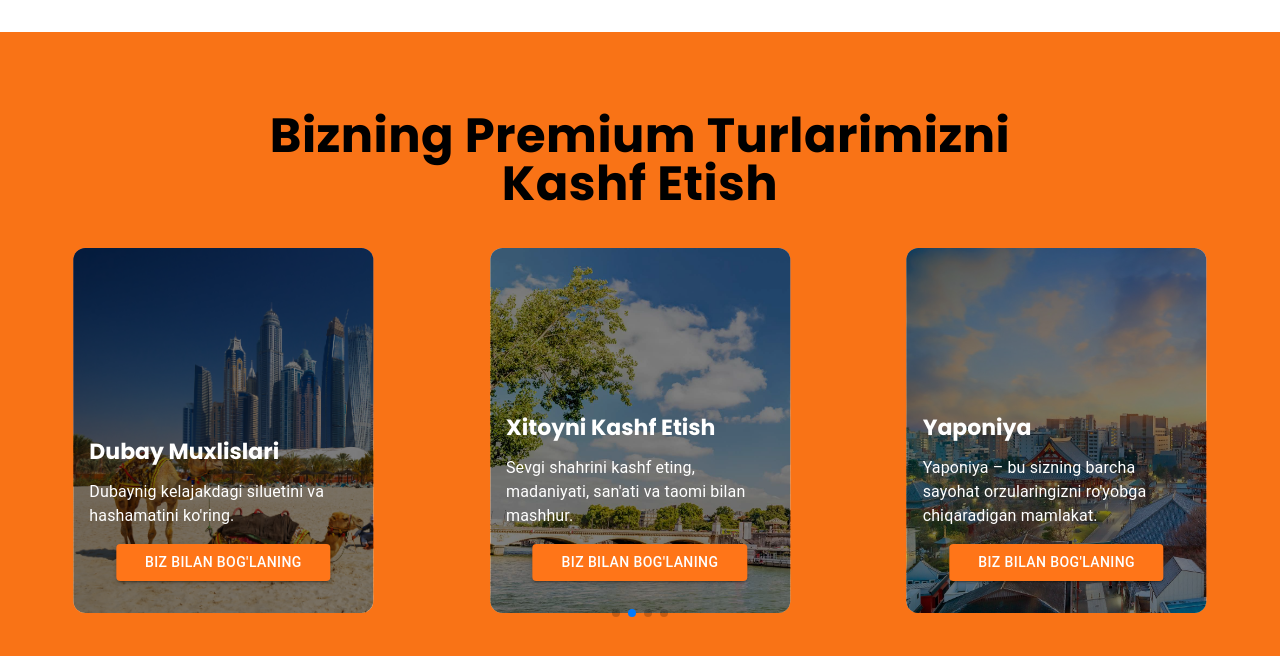
Repository: OgabekErkinov/i-am-tourist
Page: /
An editor plug-in stored every save of this project. The page is shown before and after the next save, followed by the edit.
The browser window is 1280 px wide. The pictures show the whole page.
The project was rebuilt for these pictures with package versions that can differ from the ones it lists, and the page was loaded fresh each time. Also part of the build but not shown: vite.config.js, src/components/navbar/LightDarkButton.jsx, src/I18/i18.js, src/components/navbar/languages/LanguageButton.jsx, src/components/navbar/NavbarItem.jsx, src/components/navbar/SocialNetworks.jsx, src/components/navbar/Logo.jsx, src/components/navbar/SectionsLinks.jsx and 7 more.

Above is the page before, as saved 2024-12-24 15:48:29.

### index.html
<!doctype html>
<html lang="en">
  <head>
    <meta charset="UTF-8" />
    <link rel="icon" type="image/svg+xml" href="https://www.ifly.com.uz/assets/logo-BPA5zOgc.png" />
    <meta name="viewport" content="width=device-width, initial-scale=1.0" />
    <link rel="preconnect" href="https://fonts.googleapis.com">
    <link rel="preconnect" href="https://fonts.gstatic.com" crossorigin>
    <link href="https://fonts.googleapis.com/css2?family=Poppins:ital,wght@0,100;0,200;0,300;0,400;0,500;0,600;0,700;0,800;0,900;1,100;1,200;1,300;1,400;1,500;1,600;1,700;1,800;1,900&display=swap" rel="stylesheet">
    <title>iFLY.com</title>
  </head>
  <body>
    <div id="root"></div>
    <script type="module" src="/src/main.jsx"></script>
  </body>
</html>

### src/index.css
/* Universal Reset */
* {
  margin: 0;
  padding: 0;
  box-sizing: border-box;
}


/* Root Container */
#root {
  max-width: 1900px;
  margin: 0 auto;
  display: flex;
  flex-direction: column;
  align-items: center;
  justify-content: center;
  font-family: 'Poppins';
  box-sizing: border-box;
}

### src/App.jsx
import { Stack } from "@mui/material"
import Header from "./components/header/Header"
import Main from "./components/main/Main"

function App() {


  return (
    <Stack width='100%'
           height='auto'
           alignItems='center'
           gap='1rem'>
        <Header/>
        <Main/>
    </Stack>



  )
}

export default App

### src/components/header/Header.jsx
import { Box, Stack } from '@mui/material';
import Navbar from '../navbar/Navbar';
import Slider from './Slider';
import React from 'react';
import Cards from '../cards/Cards';

const Header = () => {
  return (
    <Stack height="auto"
           width='100%'
           gap="2rem"
           marginBottom='1rem'
           boxSizing="border-box">
             <Stack width="100%"
                    height="auto"
                    alignItems='center'>
                         {/* <Box width="100%"
                              height="10vh"
                              bgcolor="transparent">
                        </Box> */}
                        {/* <Navbar /> */}
                        {/* <Slider /> */}
               </Stack>
               {/* <Cards /> */}
    </Stack>
  );
}

export default Header;

### src/components/main/Main.jsx
import { Stack } from '@mui/material'
import React from 'react'
import PremiumTours from '../premium/PremiumTours'
import TourPlaces from '../tourPlaces/TourPlaces'
import About from '../about/About'

const Main = () => {
  return (
    <Stack width={'100%'}
           height={'auto'}
           alignItems={'center'}
           gap='1rem'>
        <PremiumTours/>
        {/* <TourPlaces/> */}
        {/* <About/> */}

    </Stack>
  )
}

export default Main

### src/components/premium/PremiumTours.jsx
import React from 'react';
import { Stack, Typography, Box } from '@mui/material';
import 'swiper/css';
import 'swiper/css/effect-fade';
import 'swiper/css/pagination';
import 'swiper/css/autoplay';
import { Swiper, SwiperSlide } from 'swiper/react';
import { Navigation, Pagination, Scrollbar, Autoplay } from 'swiper/modules';
import { premiumToursServices } from '../../Database/db';
import PremiumItem from './PremiumItem';

const PremiumTours = () => {

  return (
    <Stack height={'auto'}
           width={'100%'}
           padding={'5rem 2rem'}
           bgcolor={'#F97316'}
           boxSizing={'border-box'} >
          <Stack height={'100%'}
                 width={'100%'}
                 justifyContent={'space-between'}
                 alignItems={'center'}
                 gap={'2rem'}>
              {/* Title */}
                <Typography fontFamily={'Poppins'}
                            width={'70%'}
                            fontSize={'48px'}
                            lineHeight={'48px'}
                            fontWeight={'bold'}
                            textAlign={'center'}
                            height={'auto'}
                            sx={{
                              '@media (max-width: 900px)': {
                               fontSize: '36px',
                               lineHeight: '40px',
                                },
                              '@media (max-width: 600px)': {
                                fontSize: '24px',
                                lineHeight: '28px',
                                },
                               }}>
                               Bizning Premium Turlarimizni Kashf Etish
                 </Typography>
            {/* Slider */}
                 <Box display={'flex'}
                      alignItems={'center'}
                      justifyContent={'center'}
                      height={'25rem'}
                      width={'100%'}
                      padding={'0.5rem'}>
                      <Swiper
                          modules={[Navigation, Pagination, Scrollbar, Autoplay]}
                          autoplay={{ delay: 2500, disableOnInteraction: false }}
                          navigation
                          pagination={{ clickable: false }}
                          scrollbar={{ draggable: true }}
                          loop={true}
                          style={{
                               width: '100%',
                               height: '100%',
                               display : 'flex',
                               justifyContent : 'center' }}
                          breakpoints={{
                               524: {
                                  slidesPerView: 1,
                                  spaceBetween: 10 },
                               765: {
                                  slidesPerView: 2,
                                  spaceBetween: 20 },
                              1200: {
                                  slidesPerView: 3,
                                  spaceBetween: 50 } }}>
                          {
                           premiumToursServices?.map((tour, idx) => {
                                  return (
                                         <SwiperSlide key={idx}>
                                                 <PremiumItem tour={tour} />
                                           </SwiperSlide>
                                          );  })
                           }
                       </Swiper>
                  </Box>
            </Stack>
    </Stack>
  );
};

export default PremiumTours;

### src/Database/db.js
export const social_medias = [
    {
        id : 1,
        name : 'facebook',
        link : 'https://www.facebook.com',
        pathD : 'M279.14 288l14.22-92.66h-88.91v-60.13c0-25.35 12.42-50.06 52.24-50.06h40.42V6.26S260.43 0 225.36 0c-73.22 0-121.08 44.38-121.08 124.72v70.62H22.89V288h81.39v224h100.17V288z'
    },
    {
        id : 2,
        name : 'twitter',
        url : 'https://www.twitter.com',
        pathD : 'M419.37 151.716c.325 4.548.325 9.097.325 13.645 0 138.72-105.583 298.558-298.558 298.558-59.452 0-114.68-17.219-161.137-47.106 8.447.974 16.568 1.299 25.34 1.299 49.055 0 94.213-16.568 130.274-44.832-46.132-.975-84.792-31.188-98.112-72.772 6.498.974 12.995 1.624 19.818 1.624 9.421 0 18.843-1.3 27.614-3.573-48.081-9.747-84.143-51.98-84.143-102.985v-1.299c13.969 7.797 30.214 12.67 47.431 13.319-28.264-18.843-46.781-51.005-46.781-87.391 0-19.492 5.197-37.36 14.294-52.954 51.655 63.675 129.3 105.258 216.365 109.807-1.624-7.797-2.599-15.918-2.599-24.04 0-57.828 46.782-104.934 104.934-104.934 30.213 0 57.502 12.67 76.67 33.137 23.715-4.548 46.456-13.32 66.599-25.34-7.798 24.366-24.366 44.833-46.132 57.827 21.117-2.273 41.584-8.122 60.426-16.243-14.292 20.791-32.161 39.308-52.628 54.253z'
    },
    {
        id : 3,
        name : 'instagram',
        url : 'https://www.instagram.com/ifly.com.uz',
        pathD : 'M224.1 141c-63.6 0-114.9 51.3-114.9 114.9s51.3 114.9 114.9 114.9S339 319.5 339 255.9 287.7 141 224.1 141zm0 189.6c-41.1 0-74.7-33.5-74.7-74.7s33.5-74.7 74.7-74.7 74.7 33.5 74.7 74.7-33.6 74.7-74.7 74.7zm146.4-194.3c0 14.9-12 26.8-26.8 26.8-14.9 0-26.8-12-26.8-26.8s12-26.8 26.8-26.8 26.8 12 26.8 26.8zm76.1 27.2c-1.7-35.9-9.9-67.7-36.2-93.9-26.2-26.2-58-34.4-93.9-36.2-37-2.1-147.9-2.1-184.9 0-35.8 1.7-67.6 9.9-93.9 36.1s-34.4 58-36.2 93.9c-2.1 37-2.1 147.9 0 184.9 1.7 35.9 9.9 67.7 36.2 93.9s58 34.4 93.9 36.2c37 2.1 147.9 2.1 184.9 0 35.9-1.7 67.7-9.9 93.9-36.2 26.2-26.2 34.4-58 36.2-93.9 2.1-37 2.1-147.8 0-184.8zM398.8 388c-7.8 19.6-22.9 34.7-42.6 42.6-29.5 11.7-99.5 9-132.1 9s-102.7 2.6-132.1-9c-19.6-7.8-34.7-22.9-42.6-42.6-11.7-29.5-9-99.5-9-132.1s-2.6-102.7 9-132.1c7.8-19.6 22.9-34.7 42.6-42.6 29.5-11.7 99.5-9 132.1-9s102.7-2.6 132.1 9c19.6 7.8 34.7 22.9 42.6 42.6 11.7 29.5 9 99.5 9 132.1s2.7 102.7-9 132.1z'
    },
    {
        id : 4,
        name : 'linkedIn',
        url : 'https://www.linkedin.com',
        pathD : 'M100.28 448H7.4V148.9h92.88zM53.79 108.1C24.09 108.1 0 83.5 0 53.8a53.79 53.79 0 0 1 107.58 0c0 29.7-24.1 54.3-53.79 54.3zM447.9 448h-92.68V302.4c0-34.7-.7-79.2-48.29-79.2-48.29 0-55.69 37.7-55.69 76.7V448h-92.78V148.9h89.08v40.8h1.3c12.4-23.5 42.69-48.3 87.88-48.3 94 0 111.28 61.9 111.28 142.3V448z'
    },
    {
        id : 5,
        name : 'youtube',
        url : 'https://www.youtube.com',
        pathD : 'M549.655 124.083c-6.281-23.65-24.787-42.276-48.284-48.597C458.781 64 288 64 288 64S117.22 64 74.629 75.486c-23.497 6.322-42.003 24.947-48.284 48.597-11.412 42.867-11.412 132.305-11.412 132.305s0 89.438 11.412 132.305c6.281 23.65 24.787 41.5 48.284 47.821C117.22 448 288 448 288 448s170.78 0 213.371-11.486c23.497-6.321 42.003-24.171 48.284-47.821 11.412-42.867 11.412-132.305 11.412-132.305s0-89.438-11.412-132.305zm-317.51 213.508V175.185l142.739 81.205-142.739 81.201z'
    }
]

export const navLinks = [
    {
        id : 6,
        name : 'Excursions',
        link : '#excursions'
    },
    {
        id : 7,
        name : 'City',
        link : '#city'
    },
    {
        id : 8,
        name : 'About',
        link : '#about'
    },
    {
        id : 9,
        name : 'Contact',
        link : '#contact'
    }
]

export const SliderItems = [
    {
        url : '/malakali.jpg',
        heading : 'Malakali shahar',
        paragraph : "Dunyoning ko'ngilochar poytaxtiga sho'ng'ing."
    },
    {
        url : '/turkiya.jpg',
        heading : 'Sehrli Turkiya',
        paragraph : "Turkiyaning boy tarixi va ajoyib manzaralarini o'rganing."
    },
    {
        url : '/orol.jpg',
        heading : 'Orol chekinishi',
        paragraph : 'Ajoyib orol landshaftlari orasida tinchlikni his eting.'
    },
    {
        url : '/yaponiya.jpg',
        heading : 'Yaponiya',
        paragraph : "Zamonaviy hayot va qadimiy an'analar mamlakati"
    },
    {
        url : '/dubai.jpg',
        heading : "Dubayni kashf eting",
        paragraph : "Birlashgan Arab Amirliklarida hashamat, innovatsiyalar va sarguzashtlarni kashf eting."

    },
    {
        url : '/xitoyni.jpg',
        heading : 'Xitoyni kashf qiling',
        paragraph : "Xitoy: qadimgi tarix, Buyuk devor, innovatsiyalar, jonli madaniyat."
    },
    {
        url : '/tailand.jpg',
        heading : 'Tropik Tailand',
        paragraph : "Chiroyli plyajlarda dam oling va mazali taomlarni tatib ko'ring."
    }
]

export const addBanners = [
    {
        heading : 'Ajoyib plyaj',
        paragraph : 'Zamonaviy plyajlarni kashf eting va quyosh ostida dam oling.'
    },
    {
        heading : "Tog' sarguzashtlari",
        paragraph : "Qiziqarli tog' sayohatiga chiqing va tabiatni o'rganing."
    },
    {
        heading : 'Shahar sayohatlari',
        paragraph : "Qiziqarli tog' sayohatiga chiqing va tabiatni o'rganing."
    }
]

export const languages = [
    {
        lang : "o'zbek",
        flag : '/uzbekistan.png',
        translator : 'uz'
    },
    {
        lang : 'english',
        flag : '/united-states.png',
        translator : 'en'
    },
    {
        lang : 'русский',
        flag : '/russia.png',
        translator : 'ru'
    }
]

export const premiumToursServices = [
    {
        title : 'Tokio Sarguzashtlari',
        paragraph : "Yaponiya yuragida an'ana va texnologiyaning uyg'unligini his eting.",
        image : '/tokioprem.jpg'
    },
    {
        title : 'Dubay Muxlislari',
        paragraph : "Dubaynig kelajakdagi siluetini va hashamatini ko'ring.",
        image : '/dubaipremium.jpg'
    },
    {
        title : 'Xitoyni Kashf Etish',
        paragraph : "Sevgi shahrini kashf eting, madaniyati, san'ati va taomi bilan mashhur.",
        image : '/xitoyprem.jpg'
    },
    {
        title : 'Yaponiya',
        paragraph : "Yaponiya – bu sizning barcha sayohat orzularingizni ro'yobga chiqaradigan mamlakat.",
        image : '/xitoypremium.jpg'
    }
]

export const tourPlaces = [
    {
        image : '/yaponiya.jpg',
        title : 'Tokio, Yaponiya',
        paragraph : "Tokio Yaponiya poytaxti bo'lib, an'anaviy binolarni zamonaviy osmono'parlar bilan birlashtirish."
    },
    {
        image : '/orol.jpg',
        title : 'Orol joyi',
        paragraph : "Shahar shovqinidan uzoqda, tabiatning ajoyib go'zalligida dam oling."
    },
    {
        image : '/dubai.jpg',
        title : 'Dubay, BAA',
        paragraph : "Dubayning hargi skylinesi va hashamatini guvohi boling."
    },
    {
        image : '/vetnam.jpg',
        title : 'Vetnam sarguzashti',
        paragraph : "Vetnamning go'zalligiga kirib boring, rang- barang guruch teraslari va noyob madaniyat bilan tanishing!"
    },
    {
        image : '/maldiv.jpg',
        title : 'Maldivlar',
        paragraph : "Oq qumli plyajlar va toza suvlar bilan tropik jannatda dam oling. Hashamatli kurortlar va ajoyib suv osti dunyosidan zavq oling!"
    },
    {
        image : '/tailand.jpg',
        title : 'Tropik Tailand',
        paragraph : "Tailand chiroyli orollari, ko'chada oziq-ovqat va boy madaniyat merosi bilan mashhur."
    },
    {
        image : '/turkiya.jpg',
        title : "Mo'jizaviy Turkiya",
        paragraph : "Turkiyaning boy tarixini va go'zal manzaralarini kashf eting."
    }
]

export const services = [
    {
        pathD : 'M480 192H365.71L260.61 8.06A16.014 16.014 0 0 0 246.71 0h-65.5c-10.63 0-18.3 10.17-15.38 20.39L214.86 192H112l-43.2-57.6c-3.02-4.03-7.77-6.4-12.8-6.4H16.01C5.6 128-2.04 137.78.49 147.88L32 256 .49 364.12C-2.04 374.22 5.6 384 16.01 384H56c5.04 0 9.78-2.37 12.8-6.4L112 320h102.86l-49.03 171.6c-2.92 10.22 4.75 20.4 15.38 20.4h65.5c5.74 0 11.04-3.08 13.89-8.06L365.71 320H480c35.35 0 96-28.65 96-64s-60.65-64-96-64z',
        title : 'Xalqaro Sayohat',
        paragraph : "Dunyodagi eng go'zal joylarga sayohatlarni tashkil etamiz.",
        color : 'blue'
    },
    {
        icon : 'M560 64c8.84 0 16-7.16 16-16V16c0-8.84-7.16-16-16-16H16C7.16 0 0 7.16 0 16v32c0 8.84 7.16 16 16 16h15.98v384H16c-8.84 0-16 7.16-16 16v32c0 8.84 7.16 16 16 16h240v-80c0-8.8 7.2-16 16-16h32c8.8 0 16 7.2 16 16v80h240c8.84 0 16-7.16 16-16v-32c0-8.84-7.16-16-16-16h-16V64h16zm-304 44.8c0-6.4 6.4-12.8 12.8-12.8h38.4c6.4 0 12.8 6.4 12.8 12.8v38.4c0 6.4-6.4 12.8-12.8 12.8h-38.4c-6.4 0-12.8-6.4-12.8-12.8v-38.4zm0 96c0-6.4 6.4-12.8 12.8-12.8h38.4c6.4 0 12.8 6.4 12.8 12.8v38.4c0 6.4-6.4 12.8-12.8 12.8h-38.4c-6.4 0-12.8-6.4-12.8-12.8v-38.4zm-128-96c0-6.4 6.4-12.8 12.8-12.8h38.4c6.4 0 12.8 6.4 12.8 12.8v38.4c0 6.4-6.4 12.8-12.8 12.8h-38.4c-6.4 0-12.8-6.4-12.8-12.8v-38.4zM179.2 256h-38.4c-6.4 0-12.8-6.4-12.8-12.8v-38.4c0-6.4 6.4-12.8 12.8-12.8h38.4c6.4 0 12.8 6.4 12.8 12.8v38.4c0 6.4-6.4 12.8-12.8 12.8zM192 384c0-53.02 42.98-96 96-96s96 42.98 96 96H192zm256-140.8c0 6.4-6.4 12.8-12.8 12.8h-38.4c-6.4 0-12.8-6.4-12.8-12.8v-38.4c0-6.4 6.4-12.8 12.8-12.8h38.4c6.4 0 12.8 6.4 12.8 12.8v38.4zm0-96c0 6.4-6.4 12.8-12.8 12.8h-38.4c-6.4 0-12.8-6.4-12.8-12.8v-38.4c0-6.4 6.4-12.8 12.8-12.8h38.4c6.4 0 12.8 6.4 12.8 12.8v38.4z',
        title : 'Qulay Mehmonxonalar',
        paragraph : " Eng yaxshi va eng qulay mehmonxonalar bilan qoling.",
        color : 'green'
    },
    {
        icon : 'M416 320h-96c-17.6 0-32-14.4-32-32s14.4-32 32-32h96s96-107 96-160-43-96-96-96-96 43-96 96c0 25.5 22.2 63.4 45.3 96H320c-52.9 0-96 43.1-96 96s43.1 96 96 96h96c17.6 0 32 14.4 32 32s-14.4 32-32 32H185.5c-16 24.8-33.8 47.7-47.3 64H416c52.9 0 96-43.1 96-96s-43.1-96-96-96zm0-256c17.7 0 32 14.3 32 32s-14.3 32-32 32-32-14.3-32-32 14.3-32 32-32zM96 256c-53 0-96 43-96 96s96 160 96 160 96-107 96-160-43-96-96-96zm0 128c-17.7 0-32-14.3-32-32s14.3-32 32-32 32 14.3 32 32-14.3 32-32 32z',
        title : "Maxsus yo'nalishlar",
        paragraph : "Har bir mijoz uchun individual yo'nalishlarni yaratamiz.",
        color : 'orange'
    },
    {
        icon : 'M192 256c61.9 0 112-50.1 112-112S253.9 32 192 32 80 82.1 80 144s50.1 112 112 112zm76.8 32h-8.3c-20.8 10-43.9 16-68.5 16s-47.6-6-68.5-16h-8.3C51.6 288 0 339.6 0 403.2V432c0 26.5 21.5 48 48 48h288c26.5 0 48-21.5 48-48v-28.8c0-63.6-51.6-115.2-115.2-115.2zM480 256c53 0 96-43 96-96s-43-96-96-96-96 43-96 96 43 96 96 96zm48 32h-3.8c-13.9 4.8-28.6 8-44.2 8s-30.3-3.2-44.2-8H432c-20.4 0-39.2 5.9-55.7 15.4 24.4 26.3 39.7 61.2 39.7 99.8v38.4c0 2.2-.5 4.3-.6 6.4H592c26.5 0 48-21.5 48-48 0-61.9-50.1-112-112-112z',
        title : "Malakali yo'riqchilar",
        paragraph : " Har bir mijoz uchun individual yo'nalishlarni yaratamiz.",
        color : 'violet'
    }

]

### src/components/premium/PremiumItem.jsx
import { Box, Button, Stack, Typography } from '@mui/material';
import React from 'react';

const PremiumItem = ({ tour }) => {
  return (
    <Box height="95%"
         display="flex"
         justifyContent="center"
         alignItems="center"
         borderRadius="12px"
         overflow="hidden"
         position="relative"
         sx={{
             transition : '0.3s',
             backgroundImage: `url(${tour?.image})`,
             backgroundSize: 'cover',
             '@media(min-width : 300px)' : {
                         width : '300px',
                         marginX : 'auto'  },
             '@media(min-width : 524px)' : {
                         width : '300px' },
              '&:hover' : {
                transform : 'scale(1.1)',
                transition : '0.3s'
              } }} >
         <Stack height="100%"
                width="100%"
                padding="2rem 0"
                boxSizing="border-box"
                borderRadius="12px"
        alignItems="center"
        bgcolor="rgba(0, 0, 0, 0.5)"
        position="absolute"
        zIndex={1}
        sx={{
          '@media(min-width : 300px)' : {
            justifyContent : 'center',
            alignItems : 'center',
            paddingX : '1rem',
            gap : '1rem'
          },
          '@media(min-width : 524px)' : {
            justifyContent : 'flex-end',
            alignItems : 'start'
          }
        }}
        >
        <Typography
          variant="h3"
          sx={{
            fontWeight: 'bold',
            fontFamily: 'Poppins',
            color: 'white',
            textAlign: 'start',
            paddingRight: '10px',
            margin: 0,
            width: 'auto',

            '@media (min-width: 300px)': {
              fontSize: '18px',
            },

            '@media (min-width : 524px)' : {
              fontSize : '22px'
            }
          }}
        >
          {tour.title}
        </Typography>
        <Typography
          width="auto"
          sx={{
            color: 'white',
            textAlign: 'start',

            '@media (min-width: 300px)': {
              fontSize: '12px',
              height : 'auto',
              textAlign : 'center'
            },
            '@media (min-width : 524px)' : {
              fontSize : '16px',
              textAlign : 'start'
            }
          }}>
          {tour.paragraph}
        </Typography>
        <Button
          variant="contained"
          sx={{
            color: 'white',
            backgroundColor: '#FF7518',
            width : '80%',
            margin : '0 auto'
          }}>
          Biz bilan bog'laning
        </Button>
      </Stack>
    </Box>
  );
};

export default PremiumItem;

Loaded but not shown: src/main.jsx (common file)

After the next save:
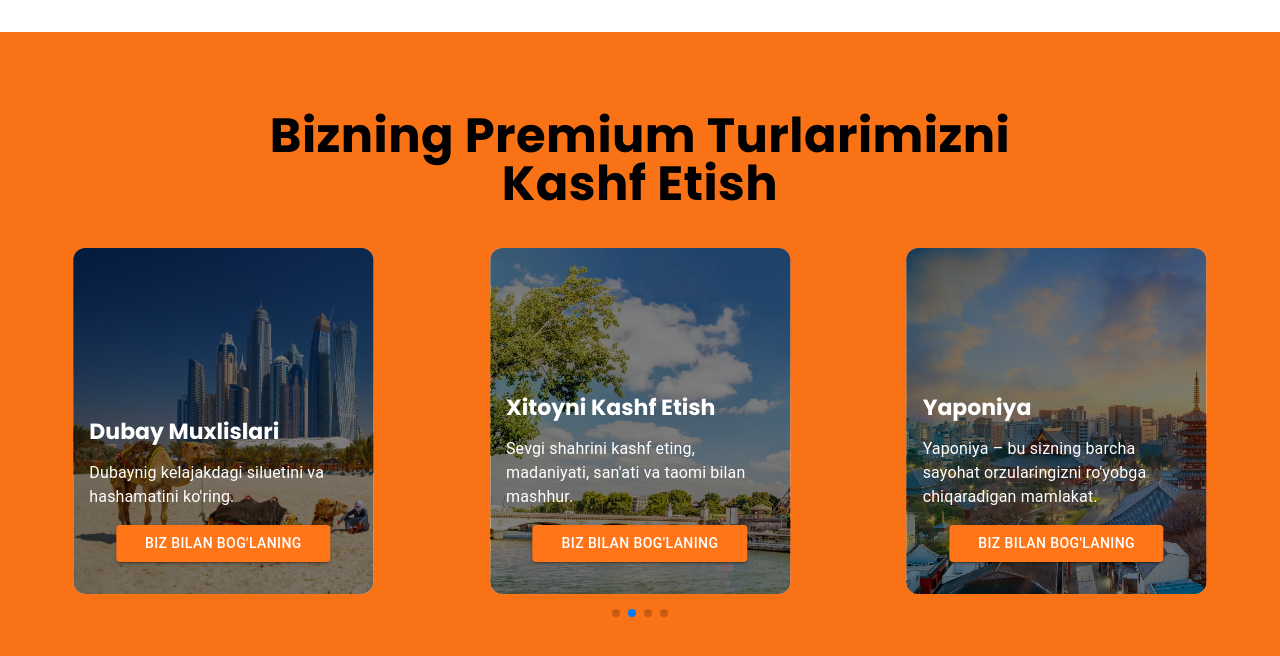
Saved 37 s later.
--- a/src/components/premium/PremiumItem.jsx
+++ b/src/components/premium/PremiumItem.jsx
@@ -3,7 +3,7 @@ import React from 'react';
 
 const PremiumItem = ({ tour }) => {
   return (
-    <Box height="95%"
+    <Box height="90%"
          display="flex"
          justifyContent="center"
          alignItems="center"
